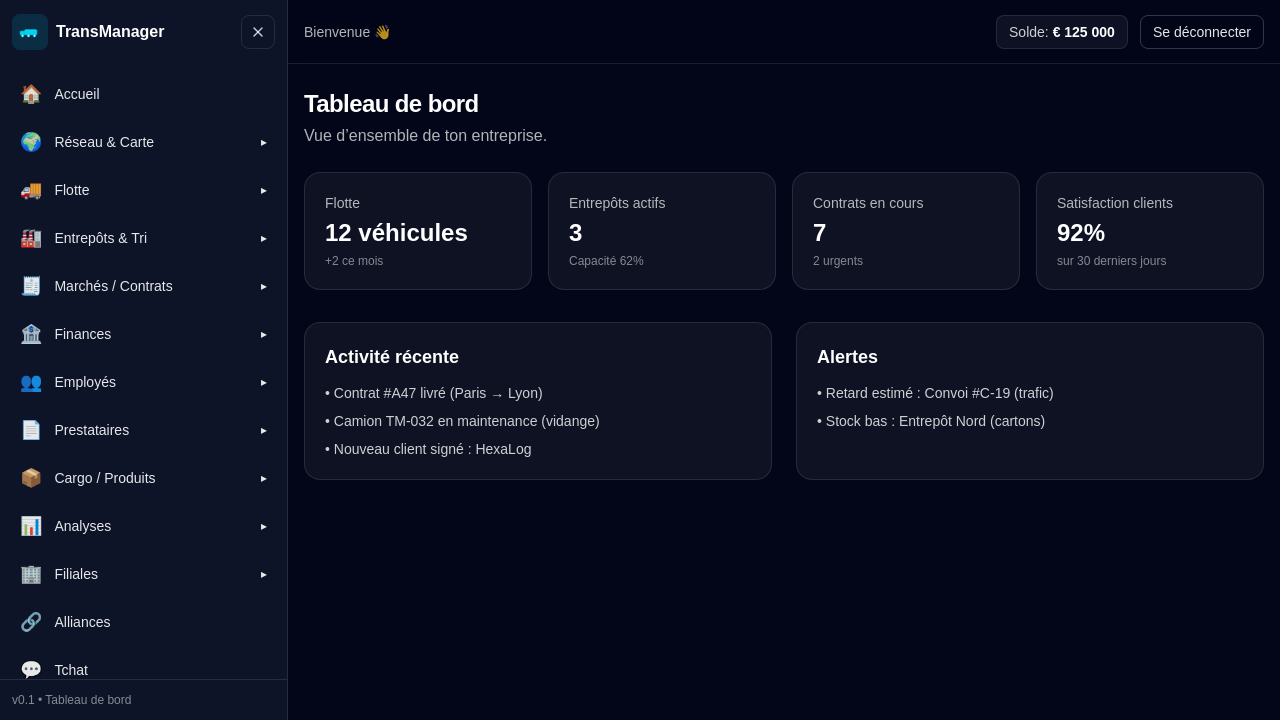
Repository: mathys65/transmanager
Page: /dashboard
These files come from the project's save history. The page is drawn as it stood at one moment and after the next save; the edit follows.
The browser window is 1280 px wide. The pictures show the whole page.
The project was rebuilt for these pictures with package versions that can differ from the ones it lists, and the page was loaded fresh each time. The framework's server and built-in components were replaced by stand-ins that run in the browser. Also part of the build but not shown: next.config.ts.

Above is the page before, as saved 2025-09-14 16:42:57.

### src/app/dashboard/page.tsx
"use client";

import DashboardSidebar from "@/components/dashboard/Sidebar";
import DashboardTopbar from "@/components/dashboard/Topbar";

function KpiCard({ title, value, sub }: { title: string; value: string; sub?: string }) {
  return (
    <div className="rounded-2xl border border-white/10 bg-white/5 p-5">
      <div className="text-sm text-white/70">{title}</div>
      <div className="mt-1 text-2xl font-semibold">{value}</div>
      {sub && <div className="mt-1 text-xs text-white/50">{sub}</div>}
    </div>
  );
}

export default function DashboardPage() {
  return (
    <main className="flex min-h-screen bg-slate-950 text-white">
      <DashboardSidebar />

      <section className="flex min-h-screen flex-1 flex-col">
        <DashboardTopbar />

        <div className="mx-auto w-full max-w-6xl flex-1 px-4 py-6">
          {/* Overview */}
          <h1 className="text-2xl font-bold tracking-tight">Tableau de bord</h1>
          <p className="mt-1 text-white/70">Vue d’ensemble de ton entreprise.</p>

          <div className="mt-6 grid gap-4 md:grid-cols-4">
            <KpiCard title="Flotte" value="12 véhicules" sub="+2 ce mois" />
            <KpiCard title="Entrepôts actifs" value="3" sub="Capacité 62%" />
            <KpiCard title="Contrats en cours" value="7" sub="2 urgents" />
            <KpiCard title="Satisfaction clients" value="92%" sub="sur 30 derniers jours" />
          </div>

          {/* Placeholder sections vides pour la suite */}
          <div className="mt-8 grid gap-6 md:grid-cols-2">
            <div className="rounded-2xl border border-white/10 bg-white/5 p-5">
              <h2 className="text-lg font-semibold">Activité récente</h2>
              <ul className="mt-3 space-y-2 text-sm text-white/80">
                <li>• Contrat #A47 livré (Paris → Lyon)</li>
                <li>• Camion TM-032 en maintenance (vidange)</li>
                <li>• Nouveau client signé : HexaLog</li>
              </ul>
            </div>
            <div className="rounded-2xl border border-white/10 bg-white/5 p-5">
              <h2 className="text-lg font-semibold">Alertes</h2>
              <ul className="mt-3 space-y-2 text-sm text-white/80">
                <li>• Retard estimé : Convoi #C-19 (trafic)</li>
                <li>• Stock bas : Entrepôt Nord (cartons)</li>
              </ul>
            </div>
          </div>
        </div>
      </section>
    </main>
  );
}

### src/components/dashboard/Sidebar.tsx
"use client";

import { useEffect, useState } from "react";
import Link from "next/link";
import { Menu, X } from "lucide-react";

type NavItem = {
  key: string;
  label: string;
  icon?: React.ReactNode;
  href?: string;
  children?: { label: string; href?: string }[];
};

const NAV: NavItem[] = [
  { key: "home", label: "Accueil", icon: <span>🏠</span>, href: "#" },
  {
    key: "network",
    label: "Réseau & Carte",
    icon: <span>🌍</span>,
    children: [
      { label: "Carte opérationnelle", href: "#" },
      { label: "Planification", href: "#" },
      { label: "Suivi & journaux", href: "#" },
      { label: "Règles d’acheminement", href: "#" },
    ],
  },
  {
    key: "fleet",
    label: "Flotte",
    icon: <span>🚚</span>,
    children: [
      { label: "Véhicules routiers", href: "#" },
      { label: "Avions cargo", href: "#" },
      { label: "Maintenance", href: "#" },
      { label: "Achat / vente", href: "#" },
    ],
  },
  {
    key: "warehouses",
    label: "Entrepôts & Tri",
    icon: <span>🏭</span>,
    children: [
      { label: "Entrepôts", href: "#" },
      { label: "Centres de tri", href: "#" },
      { label: "Stocks & inventaires", href: "#" },
    ],
  },
  {
    key: "markets",
    label: "Marchés / Contrats",
    icon: <span>🧾</span>,
    children: [
      { label: "Contrats disponibles", href: "#" },
      { label: "Contrats en cours", href: "#" },
      { label: "Tarification & SLA", href: "#" },
      { label: "Clients & segments", href: "#" },
    ],
  },
  {
    key: "finance",
    label: "Finances",
    icon: <span>🏦</span>,
    children: [
      { label: "Trésorerie", href: "#" },
      { label: "Revenus / dépenses", href: "#" },
      { label: "Coûts", href: "#" },
      { label: "Investissements", href: "#" },
    ],
  },
  {
    key: "staff",
    label: "Employés",
    icon: <span>👥</span>,
    children: [
      { label: "Chauffeurs & équipes", href: "#" },
      { label: "Planning", href: "#" },
      { label: "Recrutement", href: "#" },
      { label: "Paie", href: "#" },
    ],
  },
  {
    key: "vendors",
    label: "Prestataires",
    icon: <span>📄</span>,
    children: [
      { label: "Sous-traitants", href: "#" },
      { label: "Contrats & qualité", href: "#" },
      { label: "Tarifs négociés", href: "#" },
    ],
  },
  {
    key: "cargo",
    label: "Cargo / Produits",
    icon: <span>📦</span>,
    children: [
      { label: "Types de marchandises", href: "#" },
      { label: "Règles & risques", href: "#" },
      { label: "Douanes & incoterms", href: "#" },
    ],
  },
  {
    key: "analytics",
    label: "Analyses",
    icon: <span>📊</span>,
    children: [
      { label: "KPI globaux", href: "#" },
      { label: "Performance réseau", href: "#" },
      { label: "Rentabilité", href: "#" },
      { label: "Prévisions", href: "#" },
    ],
  },
  {
    key: "subsidiaries",
    label: "Filiales",
    icon: <span>🏢</span>,
    children: [
      { label: "Liste des filiales", href: "#" },
      { label: "Comptes", href: "#" },
      { label: "Transferts internes", href: "#" },
    ],
  },
  { key: "alliances", label: "Alliances", icon: <span>🔗</span>, href: "#" },
  { key: "chat", label: "Tchat", icon: <span>💬</span>, href: "#" },
  { key: "inbox", label: "Messagerie", icon: <span>✉️</span>, href: "#" },
  {
    key: "settings",
    label: "Paramètres",
    icon: <span>⚙️</span>,
    children: [
      { label: "Entreprise", href: "#" },
      { label: "Compte & sécurité", href: "#" },
      { label: "Règles d’utilisation", href: "/legal/terms" },
    ],
  },
  {
    key: "store",
    label: "Boutique",
    icon: <span>⭐</span>,
    children: [
      { label: "Cosmétiques", href: "#" },
      { label: "Packs", href: "#" },
    ],
  },
  { key: "support", label: "Support", icon: <span>🛠️</span>, href: "#" },
];

export default function DashboardSidebar() {
  const [open, setOpen] = useState(true);
  const [expanded, setExpanded] = useState<Record<string, boolean>>({});

  useEffect(() => {
    // persistance locale
    const s = localStorage.getItem("tm_sidebar_open");
    if (s !== null) setOpen(s === "1");
    const e = localStorage.getItem("tm_sidebar_expanded");
    if (e) setExpanded(JSON.parse(e));
  }, []);

  useEffect(() => {
    localStorage.setItem("tm_sidebar_open", open ? "1" : "0");
  }, [open]);

  useEffect(() => {
    localStorage.setItem("tm_sidebar_expanded", JSON.stringify(expanded));
  }, [expanded]);

  return (
    <aside
      className={`${
        open ? "w-72" : "w-16"
      } group relative flex h-screen flex-col border-r border-white/10 bg-slate-900/90 backdrop-blur transition-[width] duration-200`}
    >
      {/* Header */}
      <div className="flex h-16 items-center justify-between px-3">
        <div className="flex items-center gap-2">
          <div className="inline-flex h-9 w-9 items-center justify-center rounded-lg bg-cyan-500/15">
            {/* petit logo camion */}
            <svg viewBox="0 0 64 32" className="h-6 w-6 text-cyan-400" fill="none" stroke="currentColor" strokeWidth="2">
              <rect x="6" y="14" width="12" height="9" rx="1.5" fill="currentColor" />
              <rect x="18" y="10" width="32" height="13" rx="2" fill="currentColor" />
              <circle cx="12" cy="26" r="3" fill="white" stroke="currentColor" strokeWidth="2" />
              <circle cx="28" cy="26" r="3" fill="white" stroke="currentColor" strokeWidth="2" />
              <circle cx="44" cy="26" r="3" fill="white" stroke="currentColor" strokeWidth="2" />
            </svg>
          </div>
          {open && <span className="text-base font-semibold text-white">TransManager</span>}
        </div>
        <button
          onClick={() => setOpen((v) => !v)}
          className="rounded-lg border border-white/10 p-2 text-white/80 hover:bg-white/10"
          aria-label="Toggle sidebar"
        >
          {open ? <X className="h-4 w-4" /> : <Menu className="h-4 w-4" />}
        </button>
      </div>

      {/* Scroll area */}
      <nav className="no-scrollbar flex-1 overflow-y-auto px-2 py-2">
        {NAV.map((item) => {
          const hasChildren = !!item.children?.length;
          const isExpanded = !!expanded[item.key];

          const Row = (
            <div
              onClick={() => hasChildren && setExpanded((e) => ({ ...e, [item.key]: !e[item.key] }))}
              className="flex cursor-pointer items-center gap-3 rounded-xl px-3 py-2 text-white/90 hover:bg-white/10"
            >
              <span className="text-lg">{item.icon}</span>
              {open && <span className="flex-1 text-sm">{item.label}</span>}
              {open && hasChildren && (
                <span className={`text-xs transition-transform ${isExpanded ? "rotate-90" : ""}`}>▸</span>
              )}
            </div>
          );

          return (
            <div key={item.key} className="mb-1">
              {item.href && !hasChildren ? (
                <Link href={item.href} onClick={(e) => e.preventDefault()}>
                  {Row}
                </Link>
              ) : (
                Row
              )}

              {open && hasChildren && isExpanded && (
                <div className="ml-9 mt-1 space-y-1">
                  {item.children!.map((c) => (
                    <Link
                      href={c.href || "#"}
                      key={c.label}
                      onClick={(e) => e.preventDefault()}
                      className="block rounded-lg px-3 py-1.5 text-sm text-white/80 hover:bg-white/10"
                    >
                      {c.label}
                    </Link>
                  ))}
                </div>
              )}
            </div>
          );
        })}
      </nav>

      {/* Footer petite zone */}
      <div className="border-t border-white/10 p-3 text-xs text-white/50">
        {open ? "v0.1 • Tableau de bord" : "v0.1"}
      </div>
    </aside>
  );
}

### src/components/dashboard/Topbar.tsx
"use client";

import Link from "next/link";

export default function DashboardTopbar() {
  return (
    <div className="sticky top-0 z-30 flex h-16 items-center justify-between border-b border-white/10 bg-slate-950/80 px-4 backdrop-blur">
      <div className="text-sm text-white/70">Bienvenue 👋</div>
      <div className="flex items-center gap-3">
        <div className="rounded-lg border border-white/10 bg-white/5 px-3 py-1.5 text-sm text-white/80">
          Solde: <span className="font-semibold text-white">€ 125 000</span>
        </div>
        <form action="/api/auth/signout" method="post">
          <button className="rounded-lg border border-white/20 px-3 py-1.5 text-sm text-white/90 hover:bg-white/10">
            Se déconnecter
          </button>
        </form>
      </div>
    </div>
  );
}

Loaded but not shown: src/app/layout.tsx (common file); src/app/globals.css (common file)

After the next save:
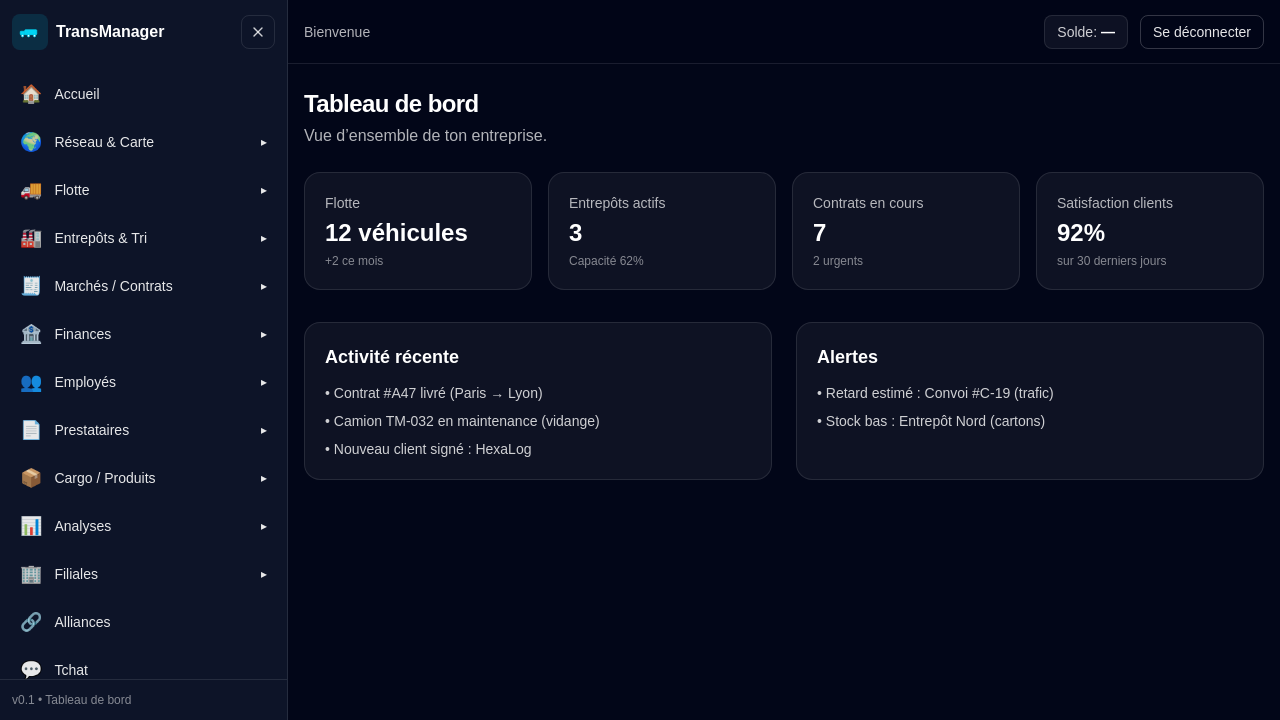
Saved 37 s later.
--- a/src/components/dashboard/Topbar.tsx
+++ b/src/components/dashboard/Topbar.tsx
@@ -1,14 +1,23 @@
 "use client";
 
-import Link from "next/link";
-
-export default function DashboardTopbar() {
+export default function DashboardTopbar({
+  companyName,
+  balance,
+}: {
+  companyName?: string | null;
+  balance?: number | null;
+}) {
   return (
     <div className="sticky top-0 z-30 flex h-16 items-center justify-between border-b border-white/10 bg-slate-950/80 px-4 backdrop-blur">
-      <div className="text-sm text-white/70">Bienvenue 👋</div>
+      <div className="text-sm text-white/70">
+        {companyName ? `Bienvenue, ${companyName}` : "Bienvenue"}
+      </div>
       <div className="flex items-center gap-3">
         <div className="rounded-lg border border-white/10 bg-white/5 px-3 py-1.5 text-sm text-white/80">
-          Solde: <span className="font-semibold text-white">€ 125 000</span>
+          Solde:{" "}
+          <span className="font-semibold text-white">
+            {typeof balance === "number" ? `€ ${balance.toLocaleString("fr-FR")}` : "—"}
+          </span>
         </div>
         <form action="/api/auth/signout" method="post">
           <button className="rounded-lg border border-white/20 px-3 py-1.5 text-sm text-white/90 hover:bg-white/10">
